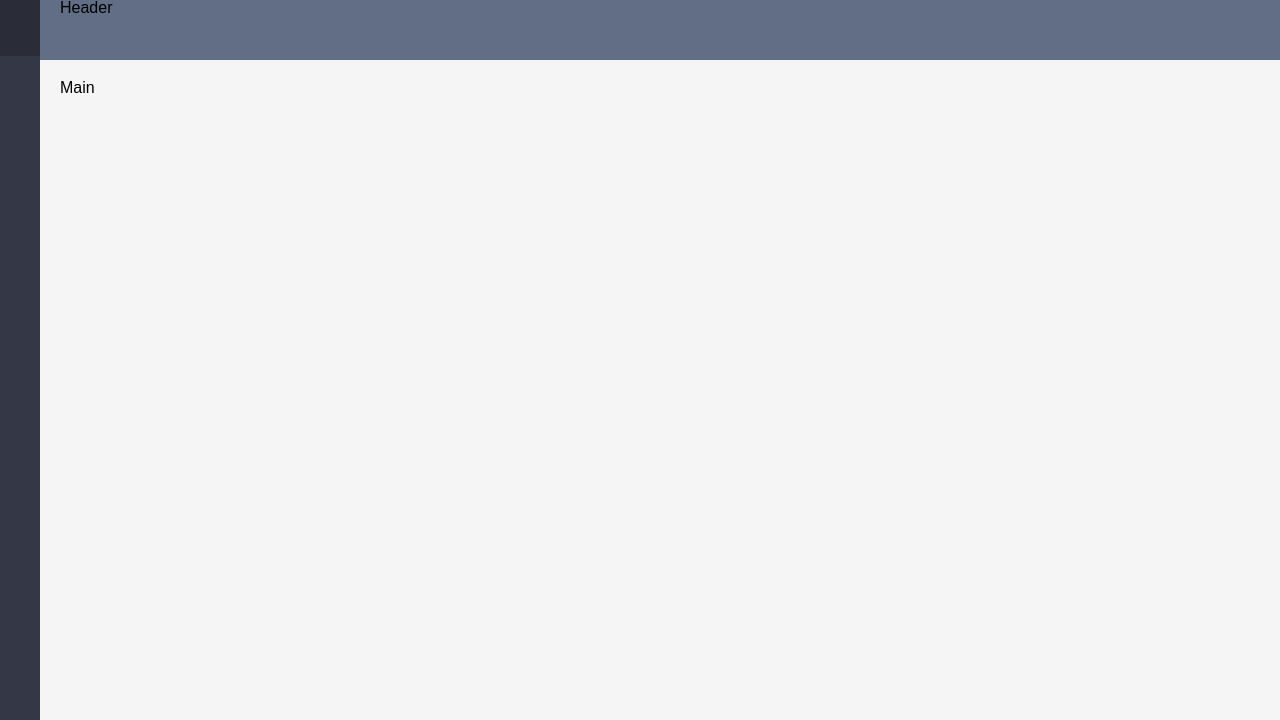
Repository: coWhy/vue-manage
Page: /
An editor plug-in stored every save of this project. The page is shown before and after the next save, followed by the edit.
The browser window is 1280 px wide. The pictures show the whole page.
The project was rebuilt for these pictures with package versions that can differ from the ones it lists, and the page was loaded fresh each time. Also part of the build but not shown: vue.config.js.

Above is the page before, as saved 2020-04-13 15:39:48.

### src/main.js
import Vue from 'vue'
import App from './App.vue'
import router from './router'
import store from './store'
import '@/assets/scss/reset.scss'
import ElementUI from 'element-ui'
import 'element-ui/lib/theme-chalk/index.css'
import '@/assets/font-awesome-4.7.0/css/font-awesome.css'
Vue.config.productionTip = false

console.log(
  `当前所处开发环境:【${process.env.NODE_ENV}】| 路由为: 【${process.env.VUE_APP_URL}】`
)
Vue.use(ElementUI)
new Vue({
  router,
  store,
  render: h => h(App)
}).$mount('#app')

### src/App.vue
<template>
  <div id="app">
    <router-view />
  </div>
</template>

<style lang="scss">
#app {
  // color: $theme-color;
  height: 100vh;
}
</style>

### src/router/index.js
import Vue from 'vue'
import VueRouter from 'vue-router'
//
const originalPush = VueRouter.prototype.push
VueRouter.prototype.push = function push(location) {
  return originalPush.call(this, location).catch(err => err)
}
Vue.use(VueRouter)

const routes = [
  {
    path: '/',
    component: () => import('@/views/layout/index')
  }
]

const router = new VueRouter({
  routes
})

export default router

### src/store/index.js
import Vue from 'vue'
import Vuex from 'vuex'
import tag from './modules/tag'
Vue.use(Vuex)

export default new Vuex.Store({
  state: {},
  mutations: {},
  actions: {},
  modules: {
    tag
  }
})

### src/assets/scss/_variable.scss
// 全局配置样式 修改主题颜色
$theme-color: #33aef0;

### src/views/layout/index.vue
<template>
  <el-container class="container">
    <!-- 左侧菜单栏 -->
    <el-aside width="auto">
      <common-aside></common-aside>
    </el-aside>
    <el-container>
      <!-- 头部 -->
      <el-header class="header">
        <common-header></common-header>
      </el-header>
      <!-- Tab标签 -->
      <!-- <common-tab class="tab"></common-tab> -->
      <!-- 主体 -->
      <el-main>
        Main
        <!-- <router-view></router-view> -->
      </el-main>
    </el-container>
  </el-container>
</template>

<script>
import CommonAside from './components/aside/index'
import CommonHeader from './components/header/index'
export default {
  components: {
    CommonAside,
    CommonHeader
  }
}
</script>

<style lang="scss" scoped>
.container {
  height: 100%;
}
.header {
  background-color: #626e85; // 头部背景色
  width: 100%;
}
.main {
  padding-top: 0;
}
</style>

### src/store/modules/tag.js
export default {
  state: {},
  mutations: {},
  actions: {},
  modules: {}
}

### src/views/layout/components/aside/index.vue
<template>
  <el-menu
    default-active="2"
    class="el-menu-vertical-demo"
    :background-color="asideSetting.bgColor"
    :text-color="asideSetting.texteColor"
    :active-text-color="asideSetting.activeTextColor"
  >
    <!-- 这是没有子级菜单的
    handleClickMenu(item) 将选中的菜单元素存入store中的menu 用于tab使用
    由于 分两种情况 所以 下面两种 都需要加上handleClickMenu 事件
    -->
    <el-menu-item> </el-menu-item>
  </el-menu>
</template>

<script>
export default {
  computed: {
    noChildrenList() {
      // asideMenuList 没有 子级菜单
      return this.asideMenuList.filter(item => !item.children)
    },
    hasChildrenList() {
      // asideMenuList 有 子级菜单
      return this.asideMenuList.filter(item => item.children)
    }
  },
  data() {
    return {
      asideSetting: {
        bgColor: '#343746', // 侧边栏背景颜色
        activeTextColor: '#02aeff', // 选中字体的颜色
        texteColor: '#fff' // 默认字体颜色
      },
      //侧边栏菜单列表
      asideMenuList: [
        {
          path: '/',
          name: 'home',
          label: '首页',
          icon: 'el-icon-s-home'
        },
        {
          path: '/video',
          name: 'video',
          label: '视频管理',
          icon: 'el-icon-video-play'
        },
        {
          path: '/user',
          name: 'user',
          label: '用户管理',
          icon: 'el-icon-user'
        },
        {
          label: '其他',
          icon: 'el-icon-s-promotion',
          children: [
            {
              path: '/page1',
              name: 'page1',
              label: '页面1',
              icon: 'el-icon-setting'
            },
            {
              path: '/page2',
              name: 'page2',
              label: '页面2',
              icon: 'el-icon-setting'
            }
          ]
        }
      ]
    }
  }
}
</script>

<style lang="scss" scoped>
.el-menu {
  // 菜单占满容器
  height: 100%;
  border: none;
}
</style>

### src/views/layout/components/header/index.vue
<template>
  <div>
    Header
  </div>
</template>

<script>
export default {}
</script>

<style lang="scss" scoped></style>

Loaded but not shown: public/index.html (common file); src/assets/scss/reset.scss (common file); src/assets/font-awesome-4.7.0/css/font-awesome.css (library)

After the next save:
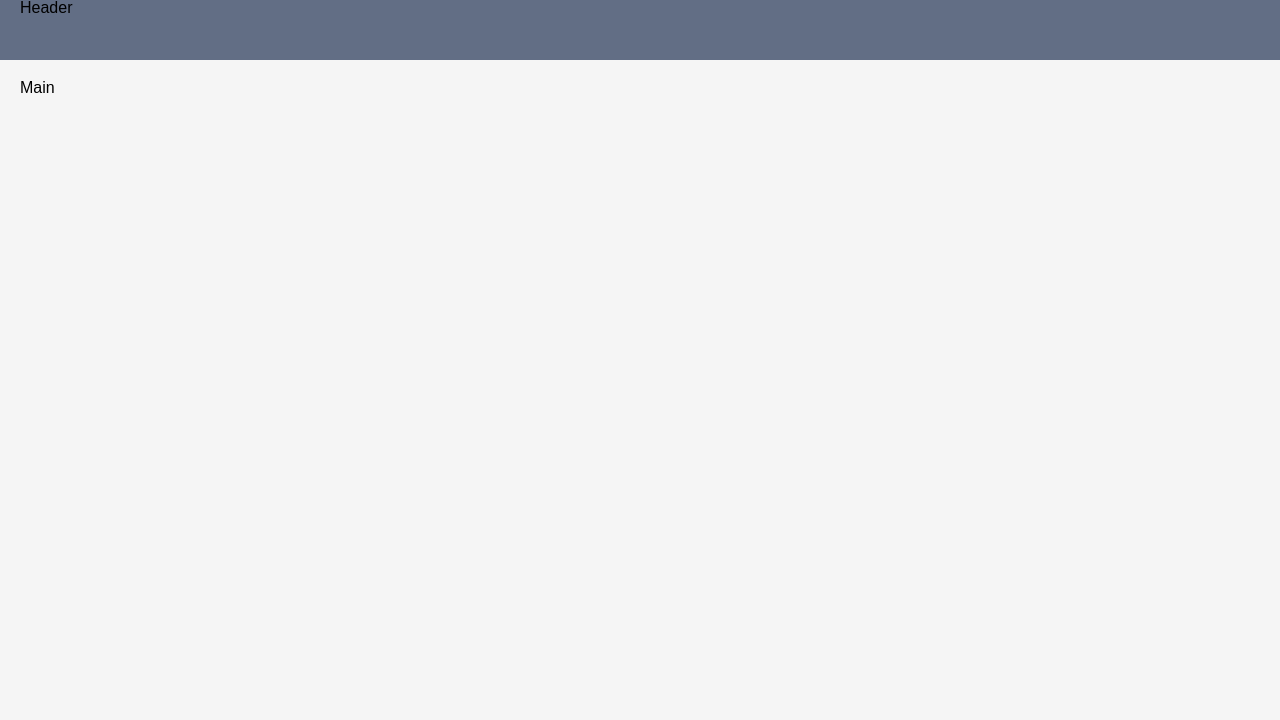
Saved 14 s later.
--- a/src/views/layout/components/aside/index.vue
+++ b/src/views/layout/components/aside/index.vue
@@ -10,7 +10,12 @@
     handleClickMenu(item) 将选中的菜单元素存入store中的menu 用于tab使用
     由于 分两种情况 所以 下面两种 都需要加上handleClickMenu 事件
     -->
-    <el-menu-item> </el-menu-item>
+    <el-menu-item
+      :index="item.path"
+      v-for="item in noChildren"
+      :key="item.path"
+    >
+    </el-menu-item>
   </el-menu>
 </template>
 
